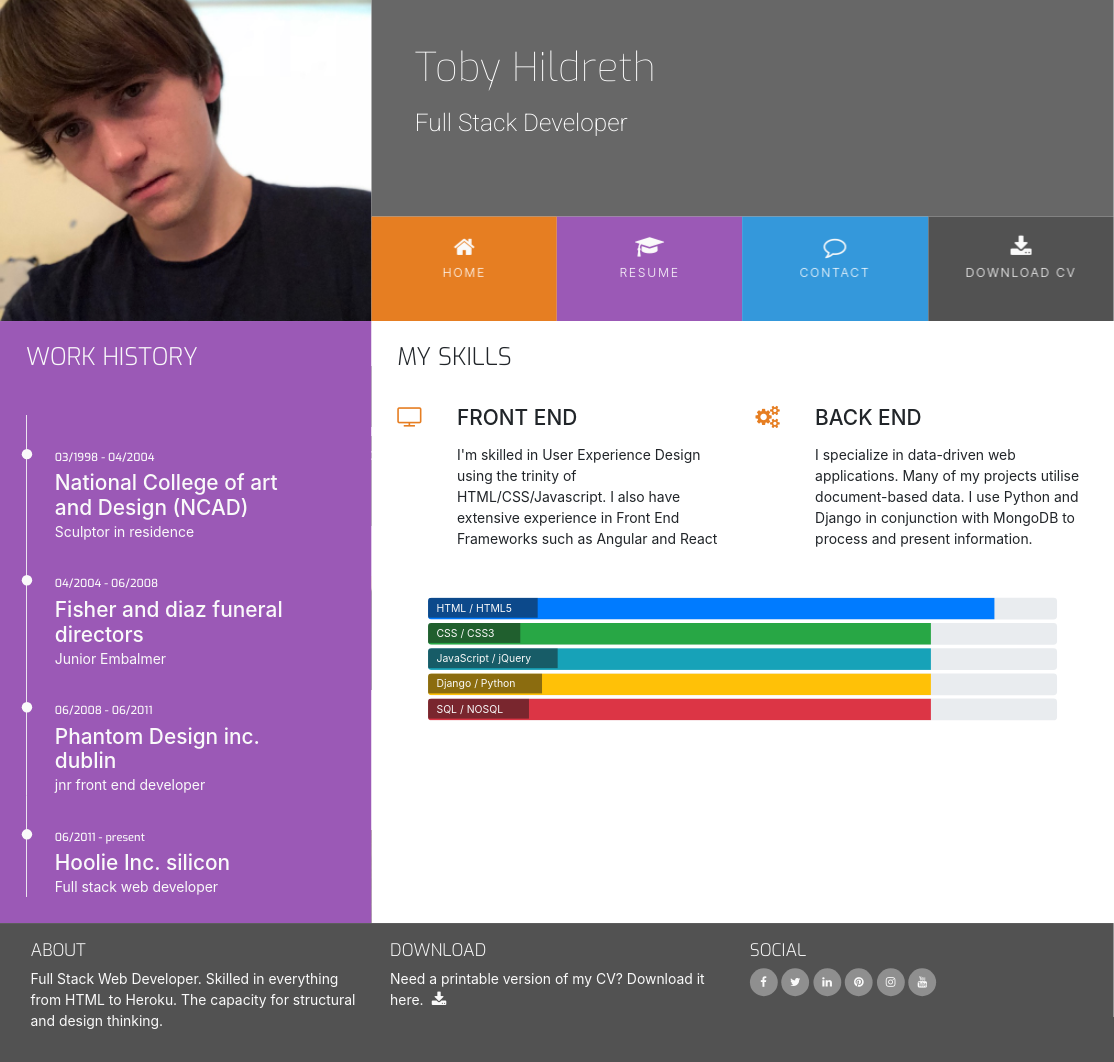
Repository: radioactivetux9/test
Page: resume.html
The author's editor kept a record of every edit. The page is drawn from the files as they stood at one moment, then again after the next edit.
The browser window is 1280 px wide. The pictures show the whole page, at 87% of full size.
Some web libraries are served in a nearby version.

Above is the page before.

After the next edit:
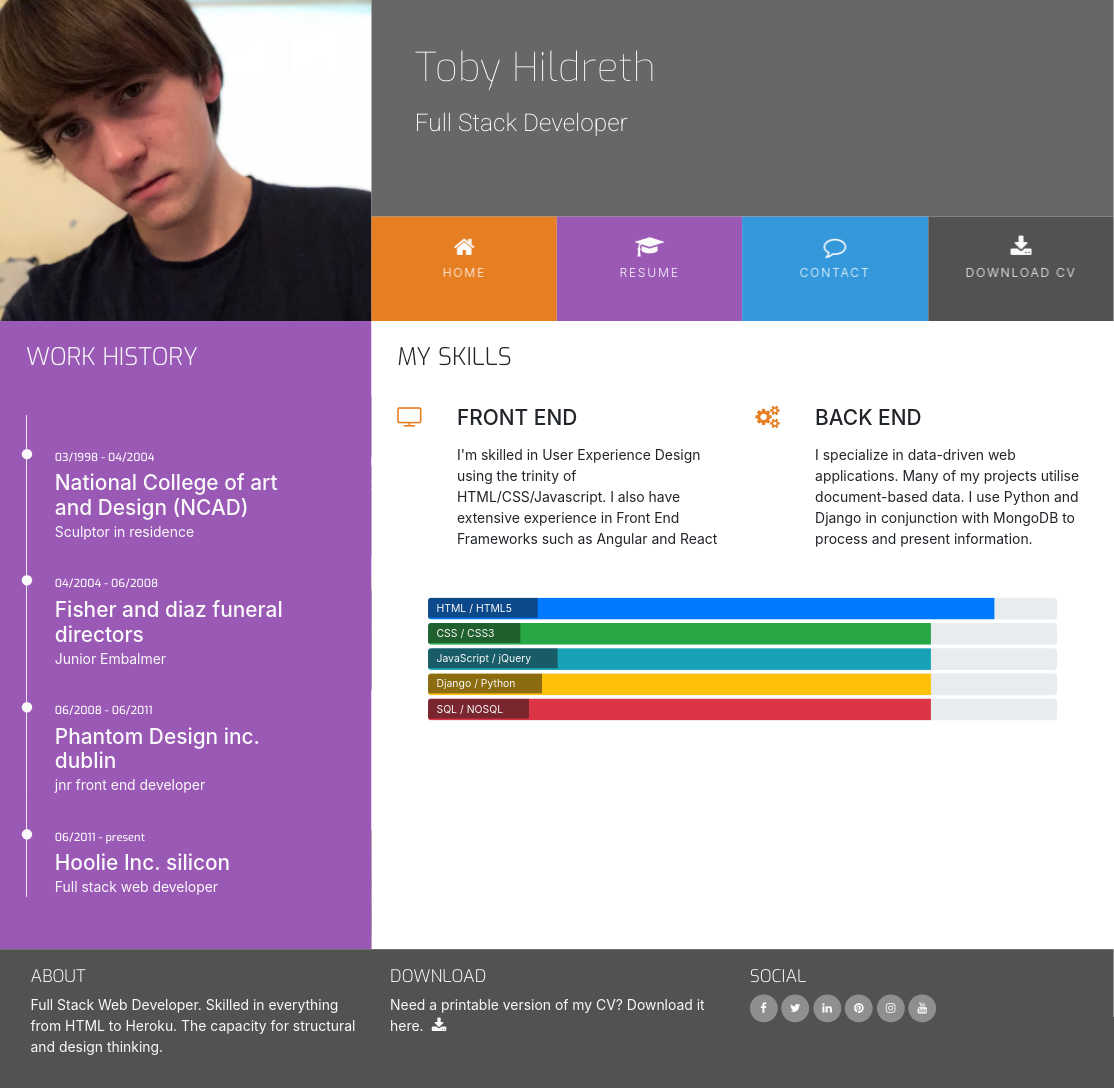
The edit:
--- a/assets/css/style.css
+++ b/assets/css/style.css
@@ -339,3 +339,8 @@
     content: '';
     background: #fafafa;
 }
+
+.history-items{
+
+    margin-bottom: 30px;
+}
